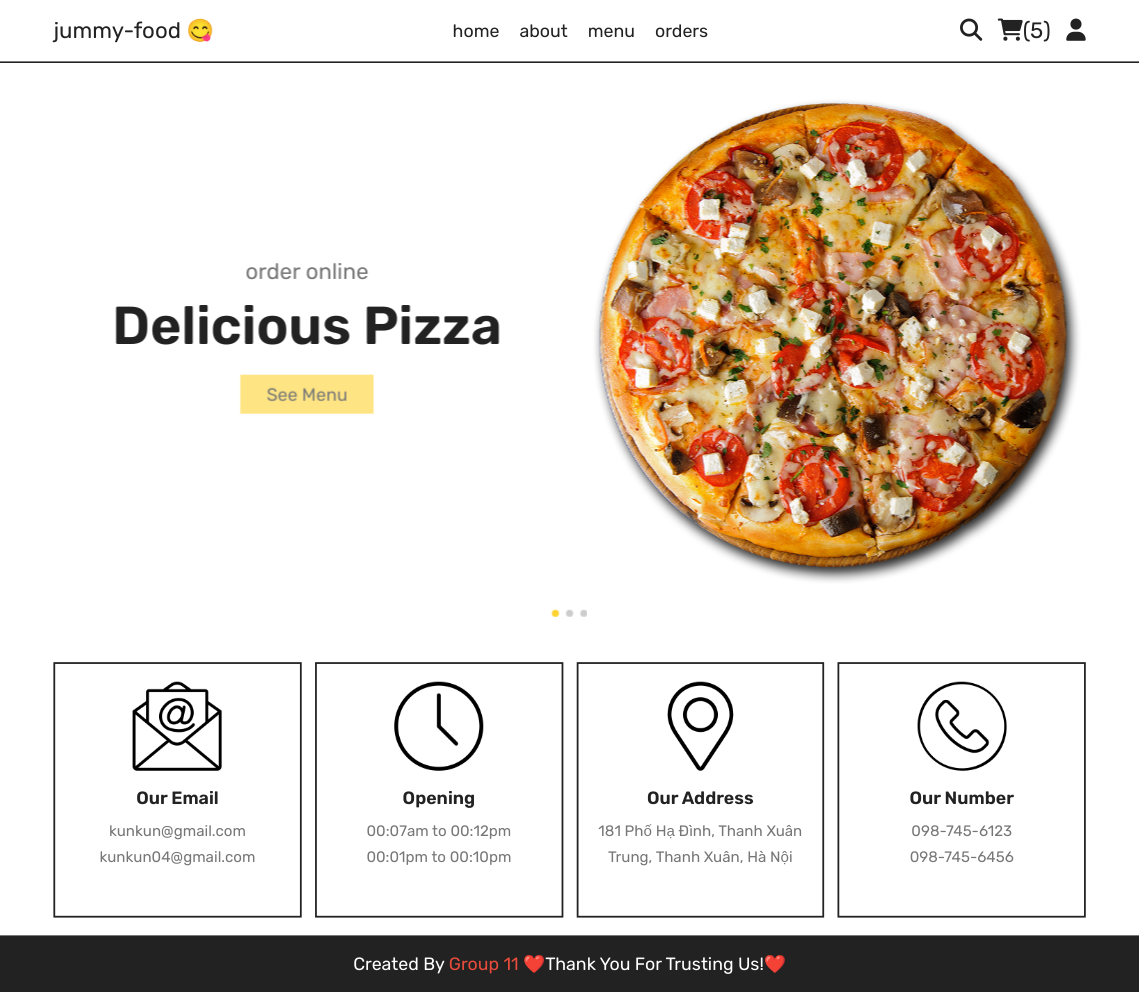
Repository: VuongLinhDinh/jummy_food
Page: home.html
The author's editor kept a copy of each file at every save. The page is drawn from the files as they stood at one save, then again after the next save.
The browser window is 1280 px wide. The pictures show the whole page, at 89% of full size.
Some web libraries are served in a nearby version.

Above is the page before, as saved 2023-11-07 22:38:06.

After the next save:
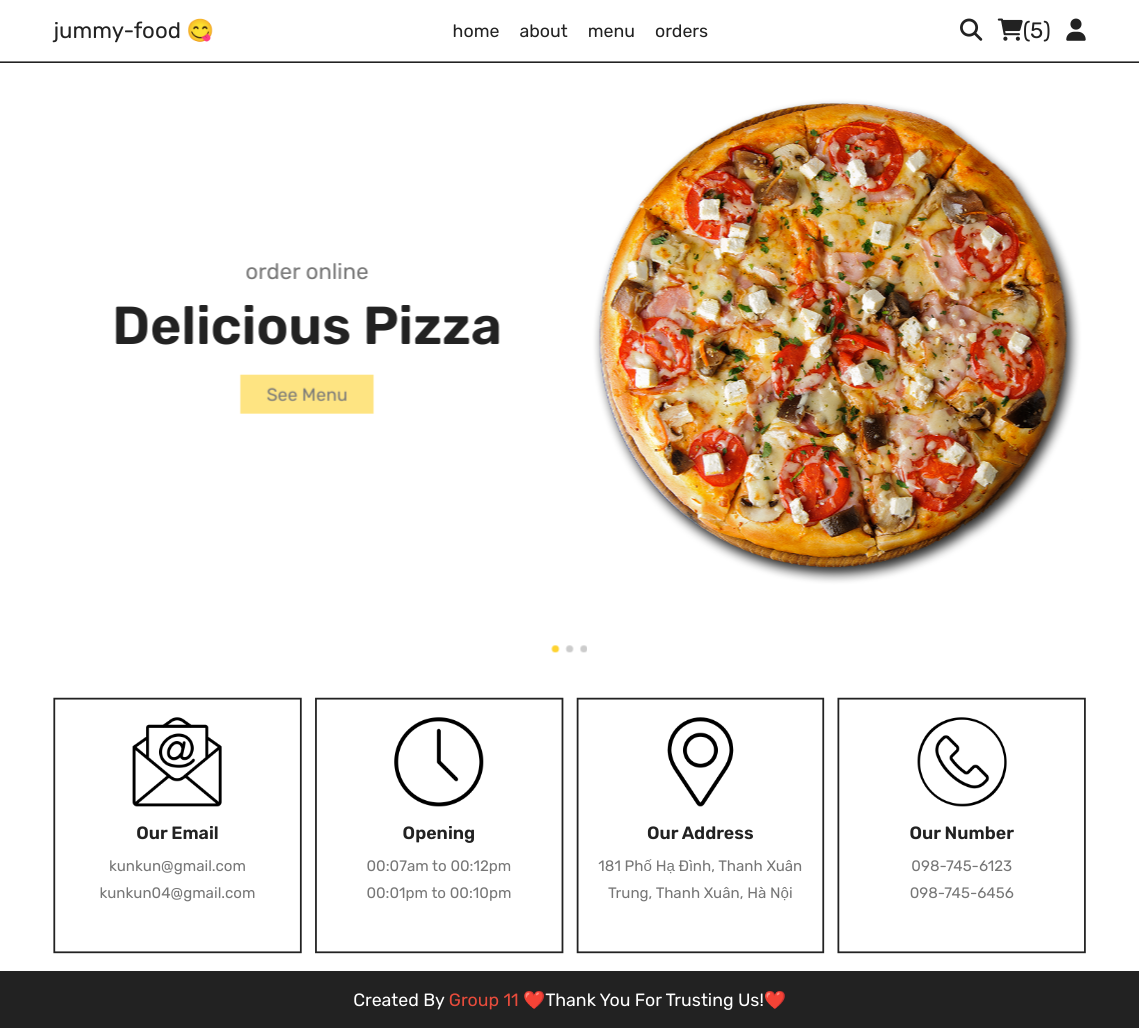
Saved 4 min 16 s later.
--- a/css/style.css
+++ b/css/style.css
@@ -140,6 +140,7 @@ section {
     align-items: center;
     flex-wrap: wrap-reverse;
     gap: 2rem;
+    margin-bottom: 4rem;
 }
 .hero .slide .image {
     flex: 1 1 40rem;
